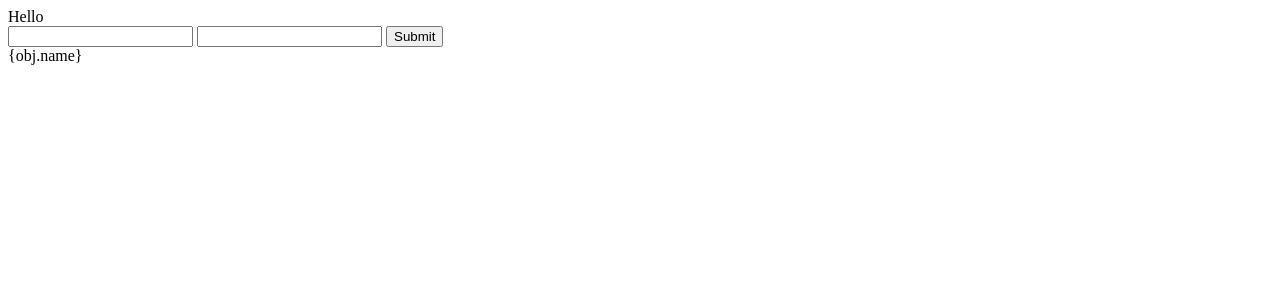
Repository: sushant988/java
Page: http://localhost/MyWebApp/pages/home.jsp
The author's editor kept a copy of each file at every save. The page is drawn from the files as they stood at one save, then again after the next save.
The browser window is 1280 px wide. The pictures show the whole page.
The page is served by Tomcat 9. Other server files are loaded and not shown.

Above is the page before, as saved 2020-02-09 18:28:35.

### MyWebApp/src/main/webapp/pages/home.jsp
<%@ page language="java" contentType="text/html; charset=ISO-8859-1"
    pageEncoding="ISO-8859-1"%>
<!DOCTYPE html>
<html>
<head>
<meta charset="ISO-8859-1">
<title>Insert title here</title>
</head>
<body>
Hello

<form action="add">
<input type="text" name="i"/>
<input type="text" name="j"/>
<input type="submit">
</form>

{obj.name}
</form>
</body>
</html>

After the next save:
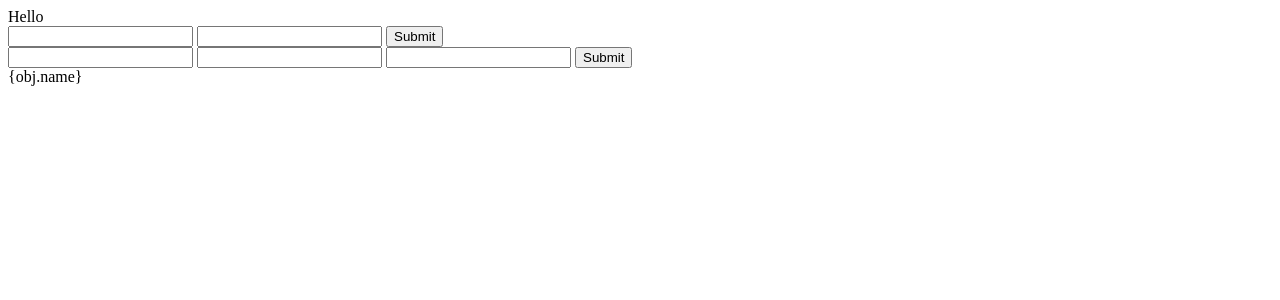
Saved 76 s later.
--- a/MyWebApp/src/main/webapp/pages/home.jsp
+++ b/MyWebApp/src/main/webapp/pages/home.jsp
@@ -15,6 +15,13 @@ Hello
 <input type="submit">
 </form>
 
+<form action="hello">
+<input type="text" name="aid"/>
+<input type="text" name="aname"/>
+<input type="text" name="tech"/>
+<input type="submit">
+</form>
+
 {obj.name}
 </form>
 </body>
